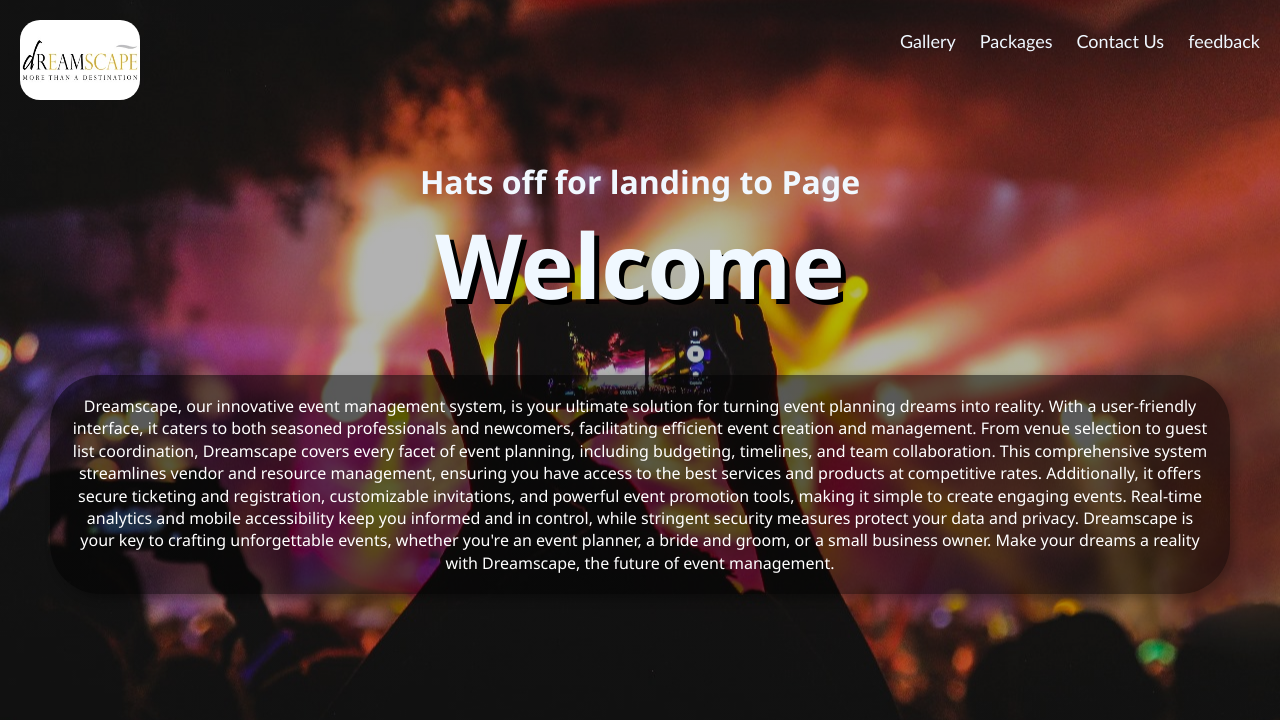
Repository: Dulankayapa/2ndyearoopprojrct
Page: http://localhost/feedback/home.jsp
An editor plug-in stored every save of this project. The page is shown before and after the next save, followed by the edit.
The browser window is 1280 px wide. The pictures show the whole page.
The page is served by Tomcat 9.

Above is the page before, as saved 2023-10-23 12:52:49.

After the next save:
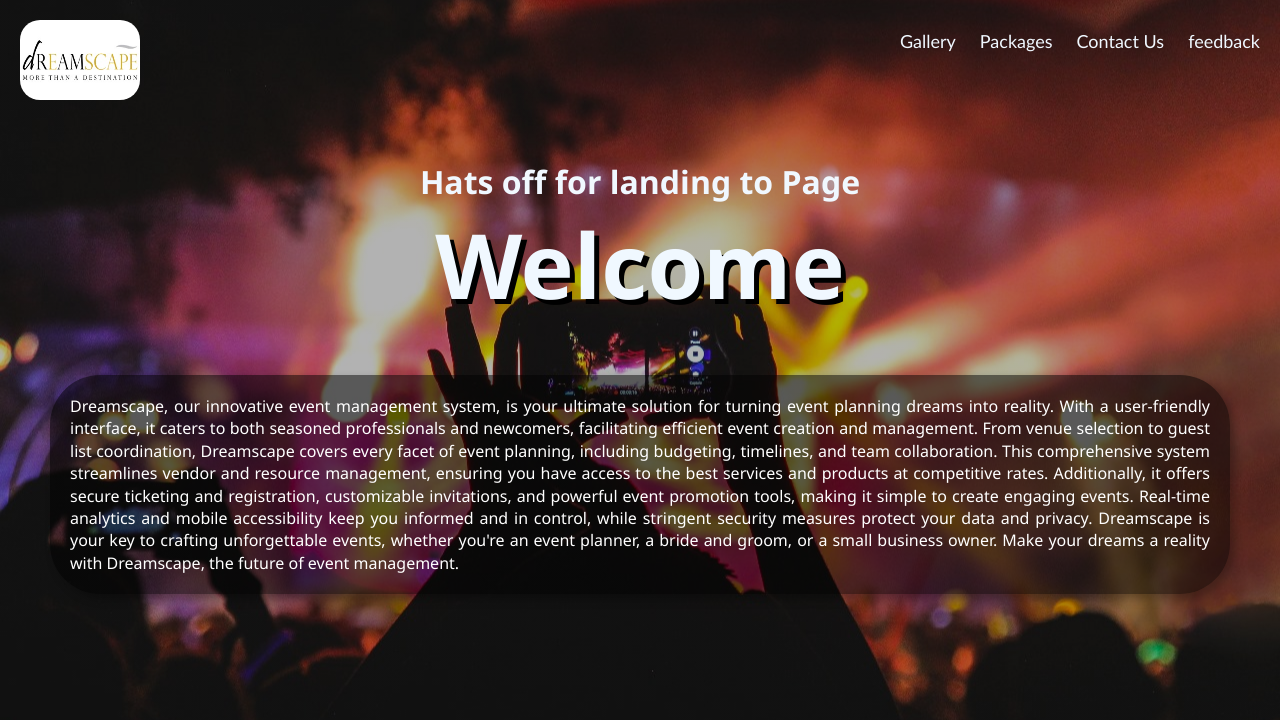
Saved 13 s later.
--- a/feedback/src/main/webapp/home.jsp
+++ b/feedback/src/main/webapp/home.jsp
@@ -126,7 +126,7 @@
 	<br><br><br>
     <h2>Hats off for landing to Page </h2>
     <h1> Welcome</h1>
-    <p style="background-color: rgba(0, 0, 0, 0.5); color: white;  padding: 20px; border-radius: 50px; box-shadow: 5px 5px 10px rgba(0, 0, 0, 0.3);">
+    <p style="background-color: rgba(0, 0, 0, 0.5); color: white;  padding: 20px; border-radius: 50px; box-shadow: 5px 5px 10px rgba(0, 0, 0, 0.3);text-align: justify;">
 	Dreamscape, our innovative event management system, is your ultimate solution for turning event planning dreams into reality.
 	 With a user-friendly interface, it caters to both seasoned professionals and newcomers, facilitating efficient event creation and management.
 	From venue selection to guest list coordination, Dreamscape covers every facet of event planning, including budgeting, timelines, and team collaboration.
